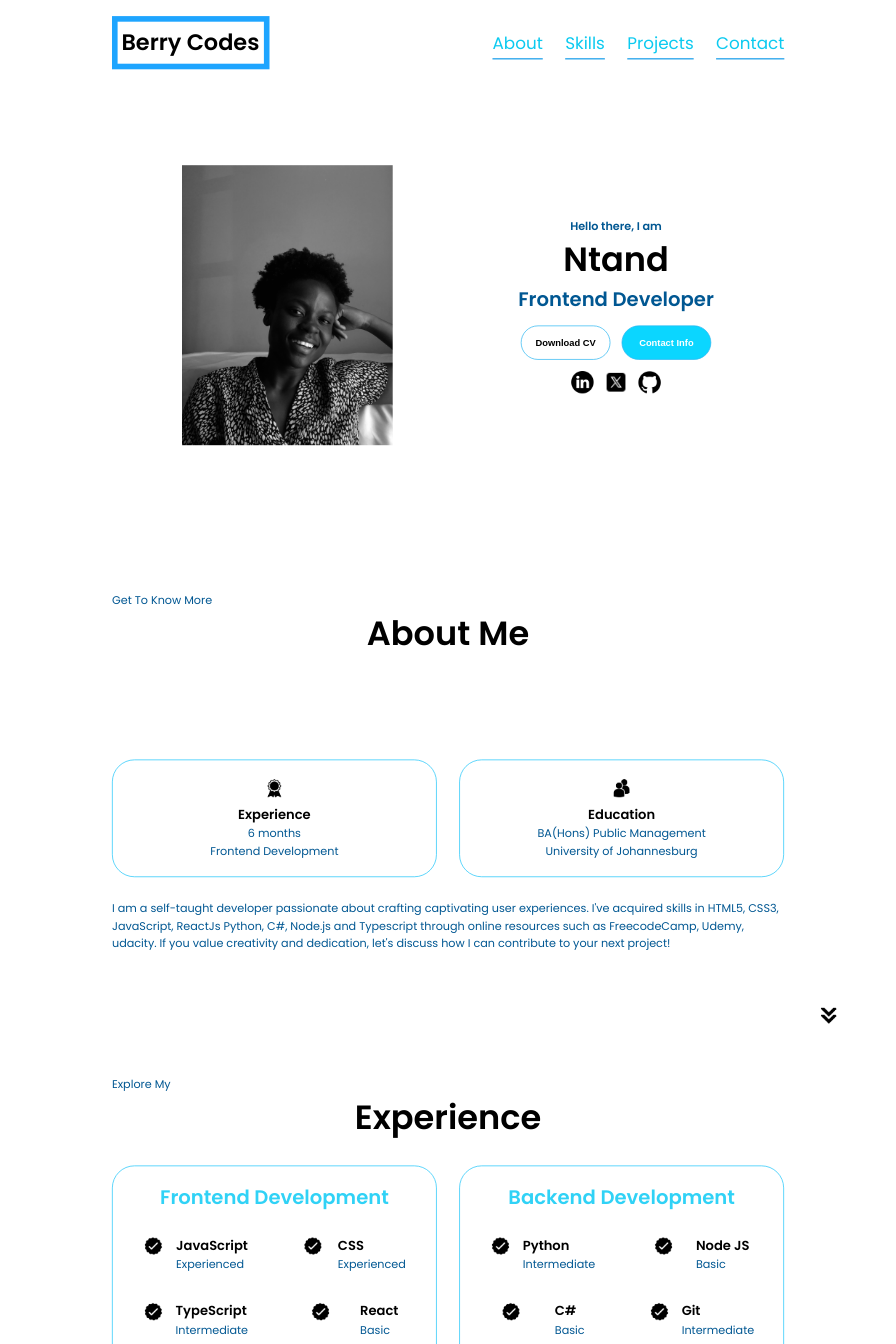
Repository: ntandomagana/FS-Dev-Portfolio
Page: index.html
These files come from the project's save history. The page is drawn as it stood at one moment and after a run of saves; the edit follows.
The browser window is 1280 px wide. The pictures show the part of the page from y = 0 to 1920 px (the page is 3177 px tall), at 70% of full size.

Above is the page before, as saved 2024-05-04 22:53:19.

After the next 2 saves:
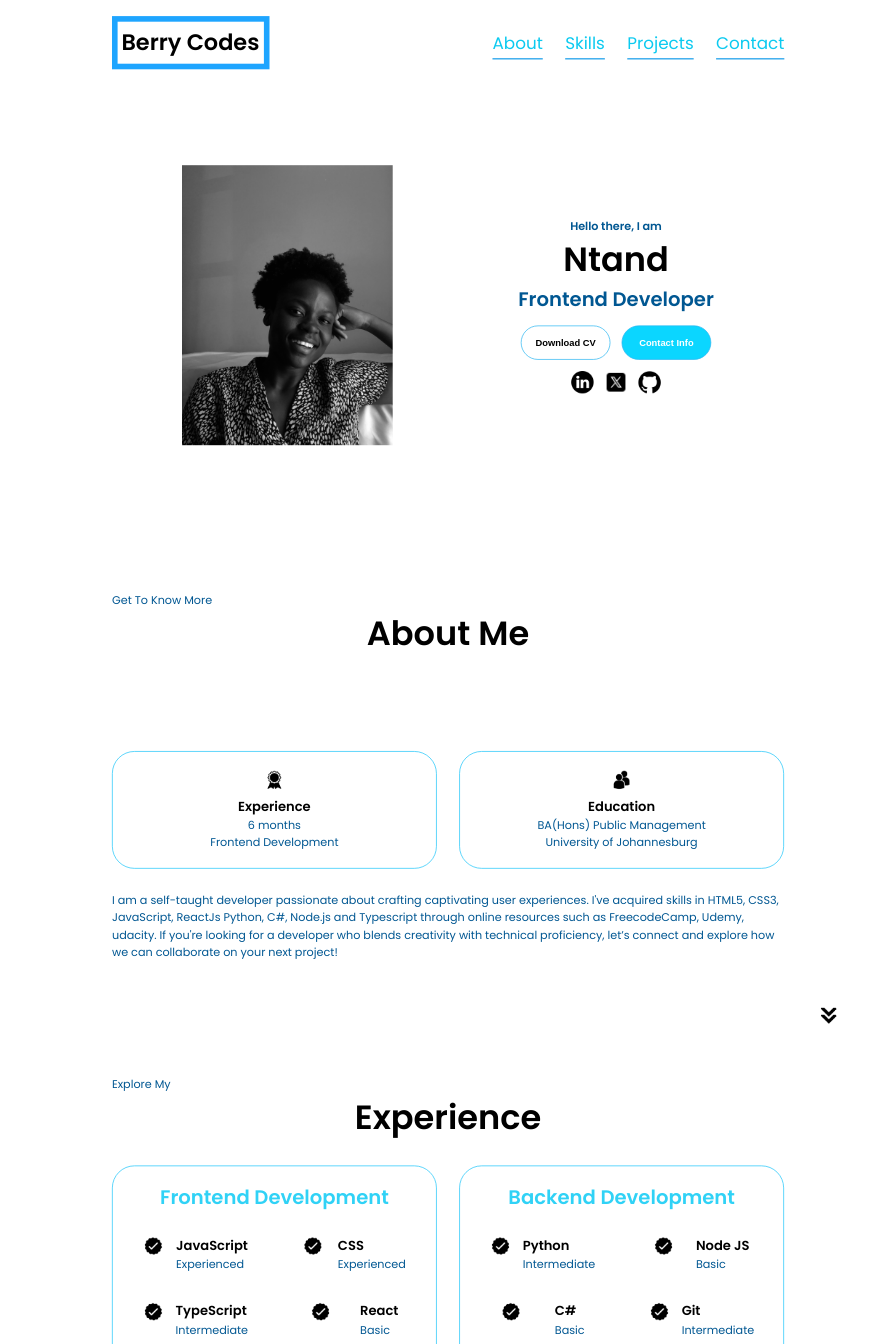
The 2 saves are shown as one change because they came seconds apart.
The last was saved 64 s later.
--- a/index.html
+++ b/index.html
@@ -110,8 +110,9 @@
               I am a self-taught developer passionate about crafting captivating
               user experiences. I've acquired skills in HTML5, CSS3, JavaScript,
               ReactJs Python, C#, Node.js and Typescript through online
-              resources such as FreecodeCamp, Udemy, udacity. If you value creativity and
-              dedication, let's discuss how I can contribute to your next
+              resources such as FreecodeCamp, Udemy, udacity. If you're looking
+              for a developer who blends creativity with technical proficiency,
+              let’s connect and explore how we can collaborate on your next
               project!
             </p>
           </div>
